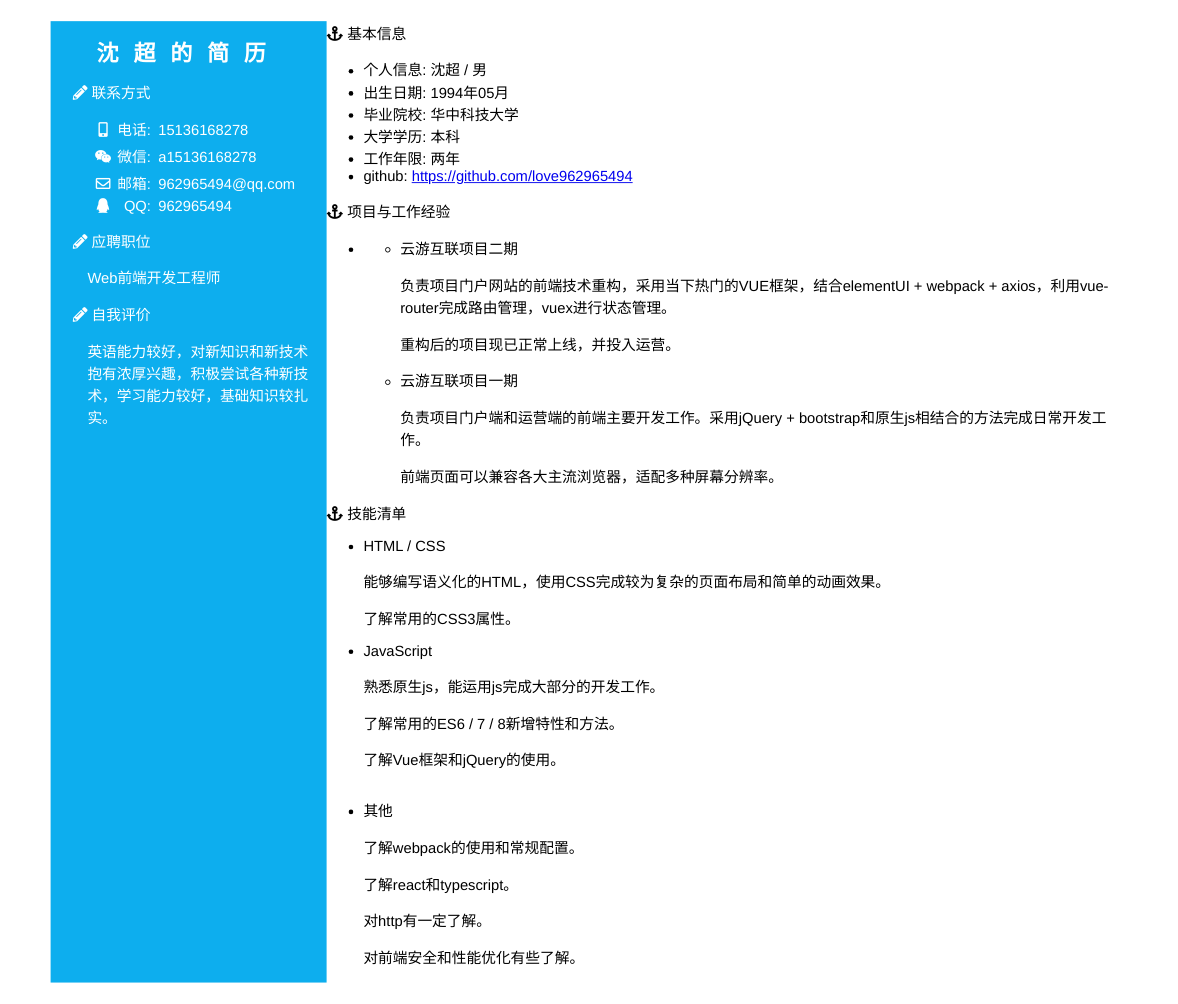
Repository: love962965494/my-resume
Page: index.html
The author's editor kept a copy of each file at every save. The page is drawn from the files as they stood at one save, then again after the next save.
The browser window is 1280 px wide. The pictures show the whole page, at 92% of full size.
Some web libraries are served in a nearby version. The style sheet was rebuilt from its Sass, Less or Tailwind sources for each picture, by a compiler version that may differ from the author's.

Above is the page before, as saved 2018-09-02 17:43:21.

### index.html
<!DOCTYPE html>
<html lang="en">

<head>
  <meta charset="UTF-8">
  <meta name="viewport" content="width=device-width, initial-scale=1.0">
  <meta http-equiv="X-UA-Compatible" content="ie=edge">
  <title>沈超的简历</title>
  <link rel="stylesheet" href="https://use.fontawesome.com/releases/v5.0.10/css/all.css" integrity="sha384-+d0P83n9kaQMCwj8F4RJB66tzIwOKmrdb46+porD/OvrJ+37WqIM7UoBtwHO6Nlg"
    crossorigin="anonymous">
  <link rel="stylesheet" href="./styles/myResume.css">
</head>

<body>
  <div id="container" class="container">
    <!-- 左边栏 -->
    <aside class="content__left">
      <!-- 头像区域 -->
      <div class="content__left--title">
        <h1>沈超的简历</h1>
      </div>

      <!-- 联系方式区域 -->
      <div class="content__left--contact">
        <div class="title">
          <i class="fas fa-pencil-alt"></i>
          <span>联系方式</span>
        </div>
        <ul class="list">
          <li>
            <span>
              <i class="fas fa-mobile-alt"></i>
            </span>
            <span>电话:</span>
            <span>15136168278</span>
          </li>
          <li>
            <span>
              <i class="fab fa-weixin"></i>
            </span>
            <span>微信:</span>
            <span>a15136168278</span>
          </li>
          <li>
            <span>
              <i class="far fa-envelope"></i>
            </span>
            <span>邮箱:</span>
            <span>962965494@qq.com</span>
          </li>
          <li>
            <span>
              <i class="fab fa-qq"></i>
            </span>
            <span>QQ:</span>
            <span>962965494</span>
          </li>
        </ul>
      </div>

      <!-- 应聘职位区域 -->
      <div class="content__left--application">
        <span class="title">
          <i class="fas fa-pencil-alt"></i>
          <span>应聘职位</span>
        </span>
        <p class="job">Web前端开发工程师</p>
      </div>

      <!-- 个人评价区域 -->
      <div class="content__left--evaluation">
        <span class="title">
          <i class="fas fa-pencil-alt"></i>
          <span>自我评价</span>
        </span>
        <p class="evaluate">英语能力较好，对新知识和新技术抱有浓厚兴趣，积极尝试各种新技术，学习能力较好，基础知识较扎实。</p>
      </div>
    </aside>

    <!-- 右边栏 -->
    <div class="content__right">
      <!-- 基本信息 -->
      <div class="basic-info info">
        <div class="header">
          <i class="fas fa-anchor"></i>
          <span>基本信息</span>
        </div>
        <div class="content">
          <ul>
            <li>
              <span>个人信息:</span>
              <span>沈超&nbsp;/&nbsp;男</span>
            </li>
            <li>
              <span>出生日期:</span>
              <span>1994年05月</span>
            </li>
            <li>
              <span>毕业院校:</span>
              <span>华中科技大学</span>
            </li>
            <li>
              <span>大学学历:</span>
              <span>本科</span>
            </li>
            <li>
              <span>工作年限:</span>
              <span>两年</span>
            </li>
            <li>
              <span>github:</span>
              <span><a href="https://github.com/love962965494" target="_blank">https://github.com/love962965494</a></span>
            </li>
          </ul>
        </div>
      </div>

      <!-- 项目经验 -->
      <div class="experience-info info">
        <div class="header">
          <i class="fas fa-anchor"></i>
          <span>项目与工作经验</span>
        </div>
        <div class="content">
          <ul>
            <li>
              <div class="company-info"></div>
              <ul class="work-experience-list">
                <li>
                  <div class="work-name circle">云游互联项目二期</div>
                  <div class="work-info">
                    <p>负责项目门户网站的前端技术重构，采用当下热门的VUE框架，结合elementUI + webpack + axios，利用vue-router完成路由管理，vuex进行状态管理。</p>
                    <p>重构后的项目现已正常上线，并投入运营。</p>
                  </div>
                  <div class="work-picture"></div>
                </li>
                <li style="padding-top: 0">
                  <div class="work-name circle">云游互联项目一期</div>
                  <div class="work-info">
                    <p>负责项目门户端和运营端的前端主要开发工作。采用jQuery + bootstrap和原生js相结合的方法完成日常开发工作。</p>
                    <p>前端页面可以兼容各大主流浏览器，适配多种屏幕分辨率。</p>
                  </div>
                  <div class="work-picture"></div>
                </li>
              </ul>
            </li>
            </li>
          </ul>
        </div>
      </div>

      <!-- 技能清单 -->
      <div class="skill-info info">
        <div class="header">
          <i class="fas fa-anchor"></i>
          <span>技能清单</span>
        </div>
        <div class="content">
          <ul class="skill-list">
            <li>
              <div class="skill-name circle">HTML / CSS</div>
              <div class="skill-info">
                <p>能够编写语义化的HTML，使用CSS完成较为复杂的页面布局和简单的动画效果。</p>
                <p>了解常用的CSS3属性。</p>
              </div>
            </li>
            <li>
              <div class="skill-name circle">JavaScript</div>
              <div class="skill-info">
                <p>熟悉原生js，能运用js完成大部分的开发工作。</p>
                <p>了解常用的ES6 / 7 / 8新增特性和方法。</p>
                <p>了解Vue框架和jQuery的使用。</p>
              </div>
            </li>
            <li style="border-top: 15px solid transparent;">
              <div class="skill-name circle">其他</div>
              <div class="skill-info">
                <p>了解webpack的使用和常规配置。</p>
                <p>了解react和typescript。</p>
                <p>对http有一定了解。</p>
                <p>对前端安全和性能优化有些了解。</p>
              </div>
            </li>
          </ul>
        </div>
      </div>
    </div>
  </div>
</body>

</html>

### styles/myResume.scss
@mixin text-center {
  text-align: center;
}

@mixin row {
  grid-column: 1 / span 12;
}

@media (min-width: 992px) {
  .container {
    width: 970px;
  }
}

@media (min-width: 1200px) {
  .container {
    width: 1170px;
  }
}

.container {
  display: grid;
  grid-template-columns: minmax(200px, 300px) 1fr;
  padding: 15px;
  margin: auto;
  font-family: "Helvetica Neue",Helvetica,"PingFang SC","Hiragino Sans GB","Microsoft YaHei","微软雅黑",Arial,sans-serif;
}

.content__left {
  display: grid;
  grid-template-columns: repeat(12, 1fr);
  grid-template-rows: repeat(4, min-content);
  background-color: #0daeee;
  color: #fff;

  &--title {
    @include row;
    @include text-center;
    margin: 15px;

    & > h1 {
      margin: 0;
      white-space: nowrap;
      letter-spacing: 1rem;
    }
  }

  @mixin title {
    padding-left: 1.5rem;
  }

  &--contact {
    @include row();

    & > .title {
      @include title;
    }

    & > .list {
      list-style: none;

      & > li {
        display: grid;
        grid-template-columns: 1.5rem 3rem 1fr;
        align-items: baseline;
        margin: 5px;

        & > span:nth-of-type(1) {
          text-align: center;
        }

        & > span:nth-of-type(2) {
          text-align: right;
          padding-right: .5rem;
        }
      }
    }
  }

  &--application {
    @include row();

    & > .title {
      @include title;
    }

    & > .job {
      padding-left: 40px;
    }
  }

  &--evaluation {
    @include row();

    & > .title {
      @include title;
    }

    & > .evaluate {
      padding-left: 40px;
      padding-right: 1rem;
    }
  }
}

After the next save:
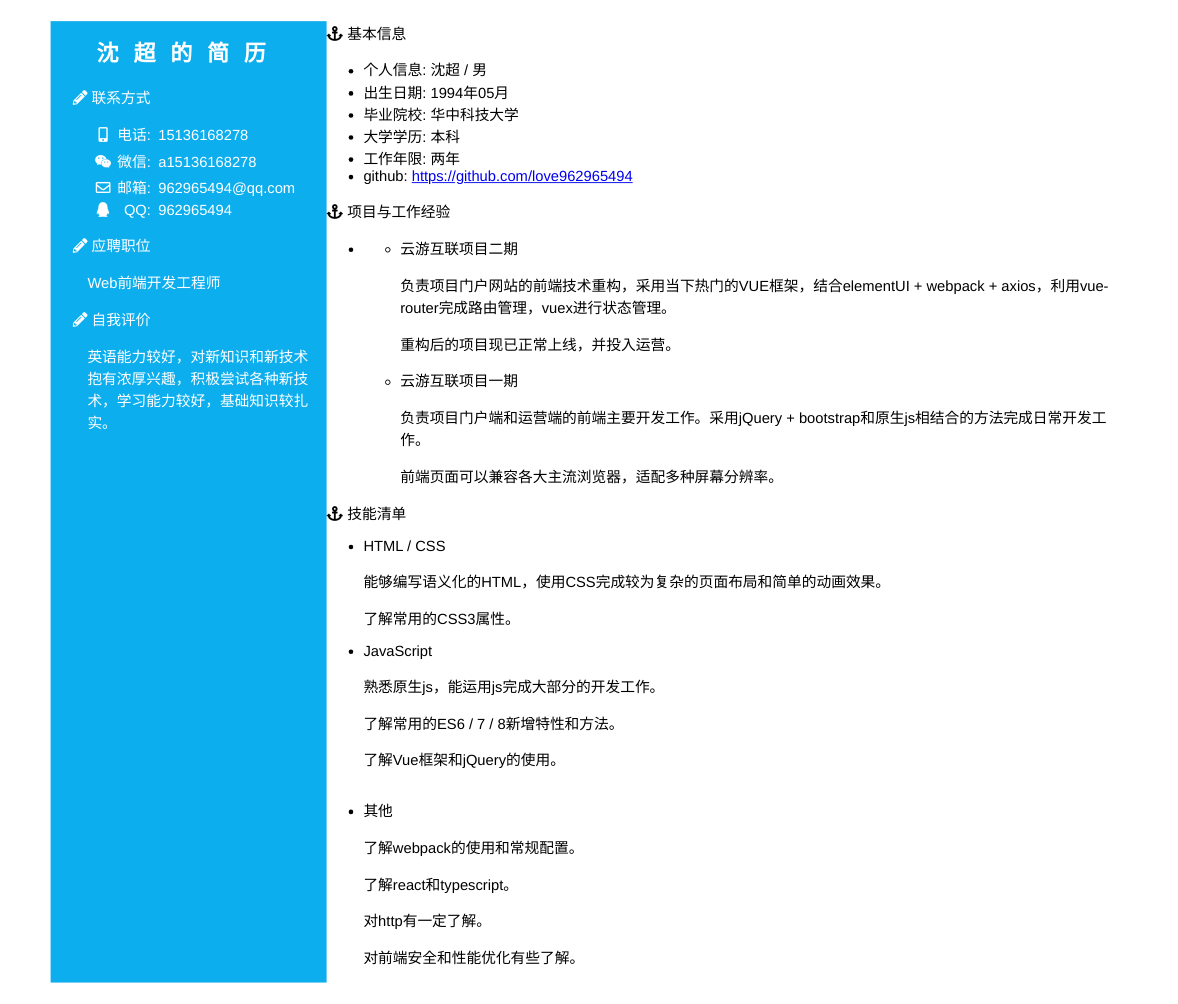
Saved 3 min 46 s later.
--- a/styles/myResume.scss
+++ b/styles/myResume.scss
@@ -26,6 +26,7 @@
   font-family: "Helvetica Neue",Helvetica,"PingFang SC","Hiragino Sans GB","Microsoft YaHei","微软雅黑",Arial,sans-serif;
 }
 
+/* ----------------------------- 左边栏 ----------------------------- */
 .content__left {
   display: grid;
   grid-template-columns: repeat(12, 1fr);
@@ -36,7 +37,7 @@
   &--title {
     @include row;
     @include text-center;
-    margin: 15px;
+    margin: 15px 0 20px;
 
     & > h1 {
       margin: 0;
@@ -102,3 +103,8 @@
     }
   }
 }
+
+/* ----------------------------- 右边栏 ----------------------------- */
+.content-right {
+
+}
